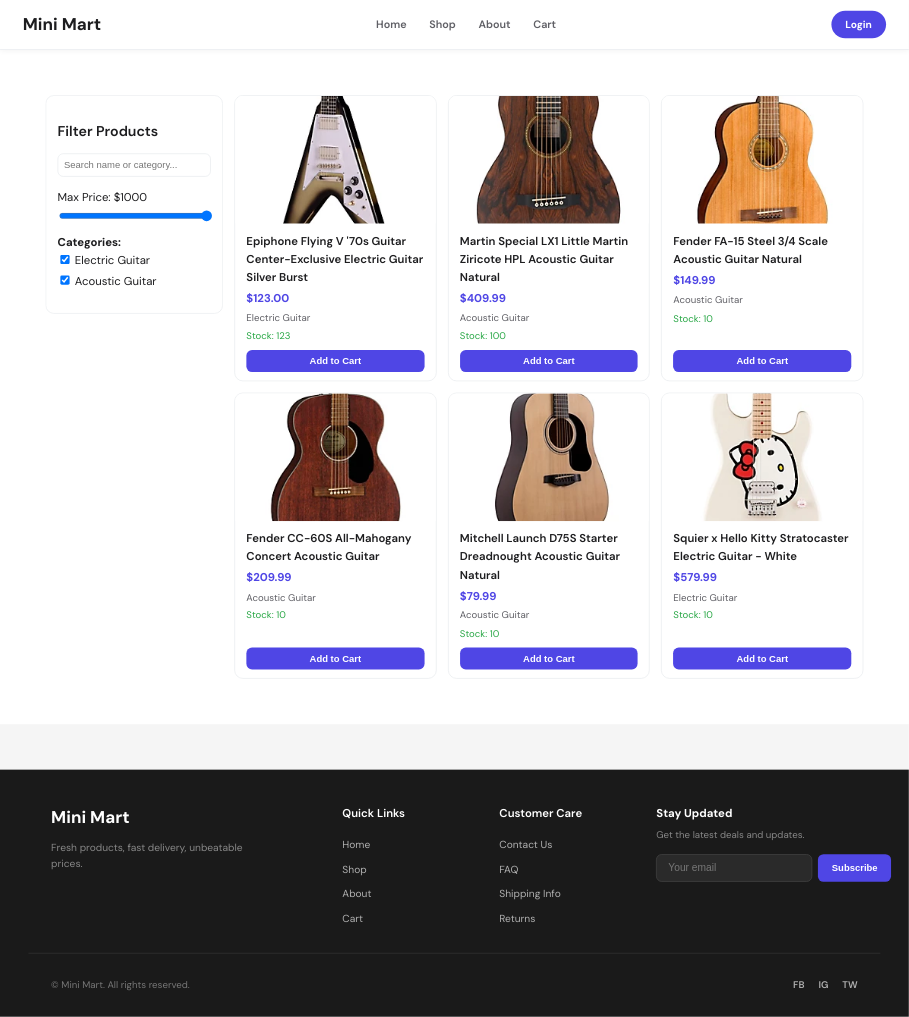
Repository: rywkoo/guitar-mart
Page: http://localhost/shop
The author's editor kept a copy of each file at every save. The page is drawn from the files as they stood at one save, then again after the next save.
The browser window is 1280 px wide. The pictures show the whole page, at 71% of full size.
The page is served by the project's application, run on Flask 3 (app.py). Other server files are loaded and not shown. The page reads the database file committed with the project.

Above is the page before, as saved 2025-11-14 19:41:52.
Console error (its wording comes from the project's code and is left out).

### templates/shop.html
{% extends "base.html" %}
{% block title %}Shop{% endblock %}

{% block content %}
<div style="display:flex; gap:1rem; padding:2rem; flex-wrap:wrap;">

  <!-- Sidebar -->
  <aside id="sidebar" style="width:250px; position:sticky; top:calc(var(--navbar-height) + 1rem); border:1px solid var(--color-border); padding:1rem; border-radius:var(--radius-md); background:var(--color-bg); height:max-content;">
    <h2 style="font-size:1.25rem; margin-bottom:1rem; font-weight:600;">Filter Products</h2>

    <!-- Search -->
    <input type="text" id="searchInput" placeholder="Search name or category..."
           style="width:100%; padding:.5rem; margin-bottom:1rem; border:1px solid var(--color-border); border-radius:var(--radius-sm);">

    <!-- Price -->
    <label style="display:block; margin-bottom:.25rem;">Max Price: <span id="priceValue"></span></label>
    <input type="range" id="priceSlider" min="0" max="1000" step="1" value="5000" style="width:100%; margin-bottom:1rem;">

    <!-- Categories -->
    <div id="categoryFilters" style="margin-bottom:1rem;">
      <strong>Categories:</strong><br>
      <!-- dynamically filled -->
    </div>
  </aside>

  <!-- Product Grid -->
  <div id="productGrid" style="flex:1; display:grid; grid-template-columns:repeat(auto-fill,minmax(220px,1fr)); gap:1rem;">
    <!-- Product cards inserted here by JS -->
  </div>

</div>
{% endblock %}

{% block scripts %}
<script>
// ---------- GLOBALS ----------
let allProducts = [];
let allCategories = [];

// ---------- CART FUNCTIONS ----------
function getCart() {
  const cart = localStorage.getItem('cart');
  return cart ? JSON.parse(cart) : [];
}

function saveCart(cart) {
  localStorage.setItem('cart', JSON.stringify(cart));
  updateCartCount();
}

function addToCart(product) {
  const cart = getCart();
  const existing = cart.find(item => item.id === product.id);

  if (existing) {
    existing.quantity += 1;
  } else {
    cart.push({ ...product, quantity: 1 });
  }

  saveCart(cart);
  alert(`${product.name} added to cart!`);
}

function updateCartCount() {
  const cart = getCart();
  const totalItems = cart.reduce((sum, item) => sum + item.quantity, 0);
  const cartLinks = document.querySelectorAll('.cart-link');
  cartLinks.forEach(link => {
    const countSpan = link.querySelector('.cart-count') || document.createElement('sup');
    if (!countSpan.classList.contains('cart-count')) {
      countSpan.className = 'cart-count';
      countSpan.style.marginLeft = '4px';
      countSpan.style.background = 'var(--color-primary)';
      countSpan.style.color = 'white';
      countSpan.style.borderRadius = '50%';
      countSpan.style.fontSize = '0.7rem';
      countSpan.style.padding = '2px 6px';
      countSpan.style.minWidth = '18px';
      countSpan.style.textAlign = 'center';
      link.appendChild(countSpan);
    }
    countSpan.textContent = totalItems > 0 ? totalItems : '';
    countSpan.style.display = totalItems > 0 ? 'inline' : 'none';
  });
}

// ---------- FETCH PRODUCTS ----------
async function fetchProducts() {
  const res = await fetch('/api/products');
  allProducts = await res.json();          // <-- ALL products from the API
  renderCategories();
  renderProducts();
  updateCartCount();                       // cart badge
}

// ---------- RENDER CATEGORY CHECKBOXES ----------
function renderCategories() {
  const container = document.getElementById('categoryFilters');
  const categoryMap = {};
  allProducts.forEach(p => {
    if (p.category_id && !categoryMap[p.category_id]) {
      categoryMap[p.category_id] = p.category_name;
    }
  });
  allCategories = Object.entries(categoryMap);

  container.innerHTML = '<strong>Categories:</strong><br>';
  allCategories.forEach(([id, name]) => {
    container.innerHTML += `
      <label style="display:block; margin-bottom:.25rem;">
        <input type="checkbox" value="${id}" class="categoryCheckbox" checked> ${name}
      </label>
    `;
  });
}

// ---------- RENDER PRODUCTS ----------
function renderProducts() {
  const grid = document.getElementById('productGrid');
  const searchQuery = document.getElementById('searchInput').value.toLowerCase();
  const maxPrice = parseFloat(document.getElementById('priceSlider').value);
  const checkedCategories = Array.from(document.querySelectorAll('.categoryCheckbox:checked'))
                                 .map(c => parseInt(c.value));

  grid.innerHTML = '';

  allProducts.forEach(p => {
    const matchesSearch = p.name.toLowerCase().includes(searchQuery) ||
                          (p.category_name && p.category_name.toLowerCase().includes(searchQuery));
    const matchesPrice = p.price <= maxPrice;
    const matchesCategory = checkedCategories.length === 0 || checkedCategories.includes(p.category_id);

    if (matchesSearch && matchesPrice && matchesCategory) {
      const imgSrc = p.image ? `/static/images/${p.image}` : 'https://via.placeholder.com/220x180?text=No+Image';
      grid.innerHTML += `
        <div style="border:1px solid var(--color-border); border-radius:var(--radius-md); overflow:hidden; background:var(--color-bg); display:flex; flex-direction:column; transition: var(--transition);">
          <div style="height:180px; overflow:hidden;">
            <img src="${imgSrc}" style="width:100%; height:100%; object-fit:cover; transition: var(--transition);" onmouseover="this.style.transform='scale(1.05)'" onmouseout="this.style.transform='scale(1)'">
          </div>
          <div style="padding:0.75rem 1rem; flex:1; display:flex; flex-direction:column;">
            <h3 style="font-size:1rem; font-weight:600; margin:0 0 0.25rem; color:var(--color-text);">${p.name}</h3>
            <p style="margin:0 0 0.25rem; font-weight:700; color:var(--color-primary);">$${p.price.toFixed(2)}</p>
            <p style="margin:0 0 0.25rem; font-size:0.85rem; color:var(--color-text-muted);">${p.category_name || 'No category'}</p>
            <p style="margin:0 0 auto; font-size:0.85rem; color:${p.stock>0 ? '#28a745' : '#ff4757'};">Stock: ${p.stock}</p>
            <button onclick='addToCart(${JSON.stringify(p).replace(/'/g, "\\'")})'
                    style="margin-top:0.5rem; background:var(--color-primary); color:white; border:none; padding:0.5rem; border-radius:var(--radius-sm); font-weight:600; cursor:pointer; transition:var(--transition);">
              Add to Cart
            </button>
          </div>
        </div>
      `;
    }
  });
}

// ---------- EVENT LISTENERS ----------
document.getElementById('searchInput').addEventListener('input', renderProducts);
document.getElementById('priceSlider').addEventListener('input', () => {
  document.getElementById('priceValue').textContent = '$' + document.getElementById('priceSlider').value;
  renderProducts();
});
document.addEventListener('change', e => {
  if (e.target.classList.contains('categoryCheckbox')) renderProducts();
});

// ---------- INIT ----------
document.addEventListener('DOMContentLoaded', () => {
  document.getElementById('priceValue').textContent = '$' + document.getElementById('priceSlider').value;
  fetchProducts();
});
</script>
{% endblock %}

### app.py
# app.py
from flask import Flask, render_template
from extensions import db, migrate, jwt, mail
from config import Config
import os
from flask_cors import CORS

# Import blueprints
from routes.auth import auth_bp
from routes.products import products_bp
from routes.categories import categories_bp
from routes.cart import cart_bp
from routes.invoices import invoices_bp
from routes.admin import admin_bp
from routes.reset import reset_bp

app = Flask(__name__)
app.config.from_object(Config)
CORS(app)
# Ensure UPLOAD_FOLDER exists
app.config['UPLOAD_FOLDER'] = os.path.join(app.root_path, 'static', 'images')
os.makedirs(app.config['UPLOAD_FOLDER'], exist_ok=True)

# Initialize extensions
db.init_app(app)
migrate.init_app(app, db)
jwt.init_app(app)
mail.init_app(app)

# Register blueprints
app.register_blueprint(auth_bp, url_prefix="/api/auth")          # /api/auth/login
app.register_blueprint(categories_bp, url_prefix="/api/categories")
app.register_blueprint(cart_bp, url_prefix="/api/cart")
app.register_blueprint(invoices_bp, url_prefix="/api/invoices")
app.register_blueprint(admin_bp)                                 # /admin/dashboard
app.register_blueprint(reset_bp, url_prefix="/api/reset")
app.register_blueprint(products_bp)                              # <-- Public API /api/products

# Pages
@app.route("/")
def home_page():
    return render_template("home.html")

@app.route("/test-product")
def test_product():
    return render_template("test_product.html")

@app.route("/register-page")
def register_page():
    return render_template("register.html")

@app.route("/login")
def login_page():
    return render_template("login.html")

@app.route("/shop")
def shop():
    return render_template("shop.html")

@app.route("/cart")
def cart():
    return render_template("cart.html")

@app.route("/about")
def about():
    return render_template("about.html")

@app.route("/admin/dashboard")
def dashboard_page():
    return render_template("admin/dashboard.html")  # JS will protect

@app.route("/reset-password")
def reset_password_page():
    return render_template("reset_password.html")

if __name__ == "__main__":
    app.run(debug=True)

### routes/products.py
# routes/products.py
from flask import Blueprint, jsonify, current_app
from models import Product, db
from werkzeug.utils import secure_filename
import os

products_bp = Blueprint("products", __name__, url_prefix="/api")

# Helper to save uploaded image
def save_image(image_file):
    if not image_file or not image_file.filename:
        return None
    filename = secure_filename(image_file.filename)
    filepath = os.path.join(current_app.config['UPLOAD_FOLDER'], filename)
    os.makedirs(os.path.dirname(filepath), exist_ok=True)
    image_file.save(filepath)
    return filename

# 1️⃣ GET all products (public)
@products_bp.route("/products", methods=["GET"], strict_slashes=False)
def get_all_products():
    products = Product.query.order_by(Product.id.desc()).all()
    return jsonify([
        {
            "id": p.id,
            "name": p.name,
            "price": float(p.price),
            "stock": p.stock,
            "category_id": p.category_id,
            "category_name": p.category.name if p.category else None,
            "image": p.image
        } for p in products
    ]), 200

# 2️⃣ GET single product (public)
@products_bp.route("/products/<int:product_id>", methods=["GET"], strict_slashes=False)
def get_product(product_id):
    p = Product.query.get_or_404(product_id)
    return jsonify({
        "id": p.id,
        "name": p.name,
        "price": float(p.price),
        "stock": p.stock,
        "category_id": p.category_id,
        "category_name": p.category.name if p.category else None,
        "image": p.image
    }), 200

### instance/mini_mart.db (the tables this page reads, as SQL)
CREATE TABLE category (
	id INTEGER NOT NULL, 
	name VARCHAR(100) NOT NULL, 
	description TEXT, 
	PRIMARY KEY (id), 
	UNIQUE (name)
);
INSERT INTO "category" VALUES
(1, 'Electric Guitar', 'Guitar'),
(2, 'Acoustic Guitar', 'asdfasdf');

CREATE TABLE product (
	id INTEGER NOT NULL, 
	name VARCHAR(100) NOT NULL, 
	price FLOAT NOT NULL, 
	stock INTEGER NOT NULL, 
	image VARCHAR(100), 
	category_id INTEGER NOT NULL, 
	PRIMARY KEY (id), 
	FOREIGN KEY(category_id) REFERENCES category (id)
);
INSERT INTO "product" VALUES
(2, 'Gibson Noel Gallagher Les Paul Standard Electric Guitar - Ebony', 2999.0, 10, 'M22580000001000-00-264x264.webp', 1),
(3, ' Squier x Hello Kitty Stratocaster Electric Guitar - White', 579.99, 10, 'M15190000002000-00-264x264.webp', 1),
(4, 'Gibson Les Paul Special Double-Cut Electric Guitar - TV Yellow', 1999.0, 10, 'M19488000001000-00-264x264.webp', 1),
(5, 'Mitchell Launch D75S Starter Dreadnought Acoustic Guitar Natural', 79.99, 10, 'M19758000001000-00-264x264.webp', 2),
(6, ' Fender CC-60S All-Mahogany Concert Acoustic Guitar', 209.99, 10, 'L84142000001000-00-264x264.webp', 2),
(7, ' Fender FA-15 Steel 3/4 Scale Acoustic Guitar Natural', 149.99, 10, 'L83870000001000-00-264x264.webp', 2),
(8, ' Martin Special LX1 Little Martin Ziricote HPL Acoustic Guitar Natural', 409.99, 100, 'M13884000001000-00-264x264.webp', 2),
(9, 'Epiphone Flying V ''70s Guitar Center-Exclusive Electric Guitar Silver Burst', 123.0, 123, 'M14333000001000-00-264x264.webp', 1);

Loaded but not shown: templates/base.html (645 lines, source omitted)

After the next save:
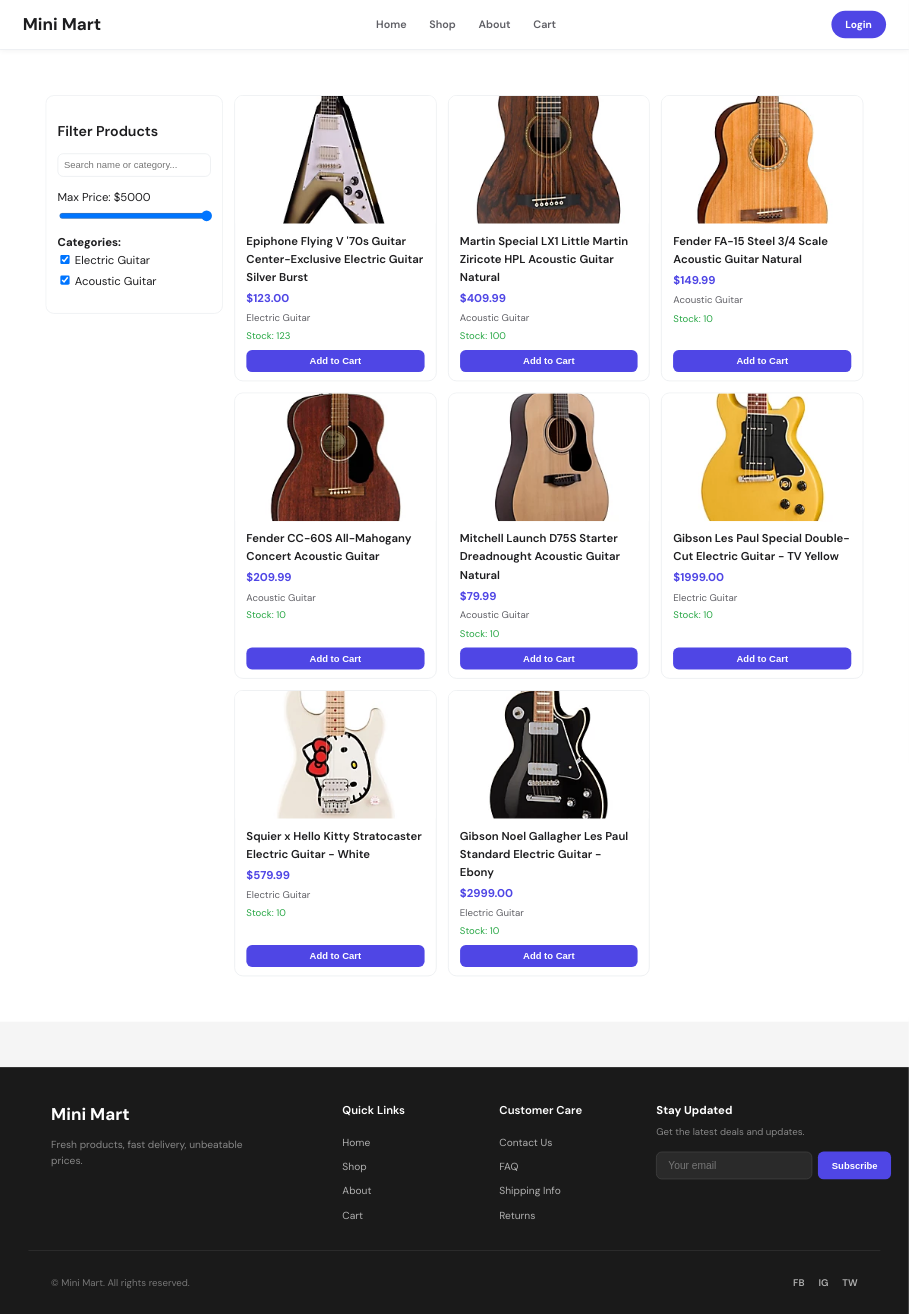
Saved 15 s later.
--- a/templates/shop.html
+++ b/templates/shop.html
@@ -14,7 +14,7 @@
 
     <!-- Price -->
     <label style="display:block; margin-bottom:.25rem;">Max Price: <span id="priceValue"></span></label>
-    <input type="range" id="priceSlider" min="0" max="1000" step="1" value="5000" style="width:100%; margin-bottom:1rem;">
+    <input type="range" id="priceSlider" min="0" max="5000" step="1" value="5000" style="width:100%; margin-bottom:1rem;">
 
     <!-- Categories -->
     <div id="categoryFilters" style="margin-bottom:1rem;">
